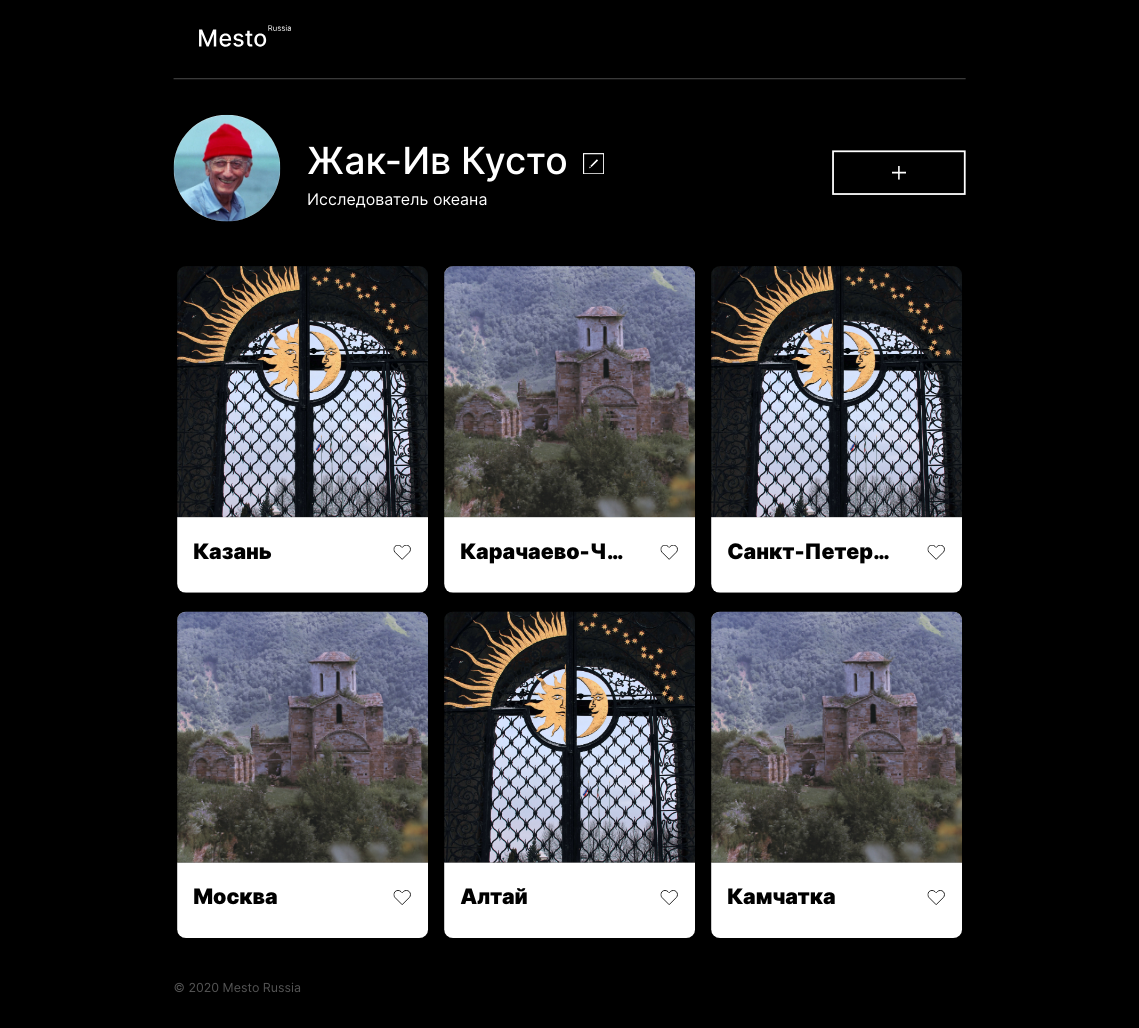
Repository: zajcevakaterina/mesto
Page: index.html
An editor plug-in stored every save of this project. The page is shown before and after a run of saves, followed by the edit.
The browser window is 1280 px wide. The pictures show the whole page, at 89% of full size.

Above is the page before, as saved 2020-05-07 14:24:29.

After the next 2 saves:
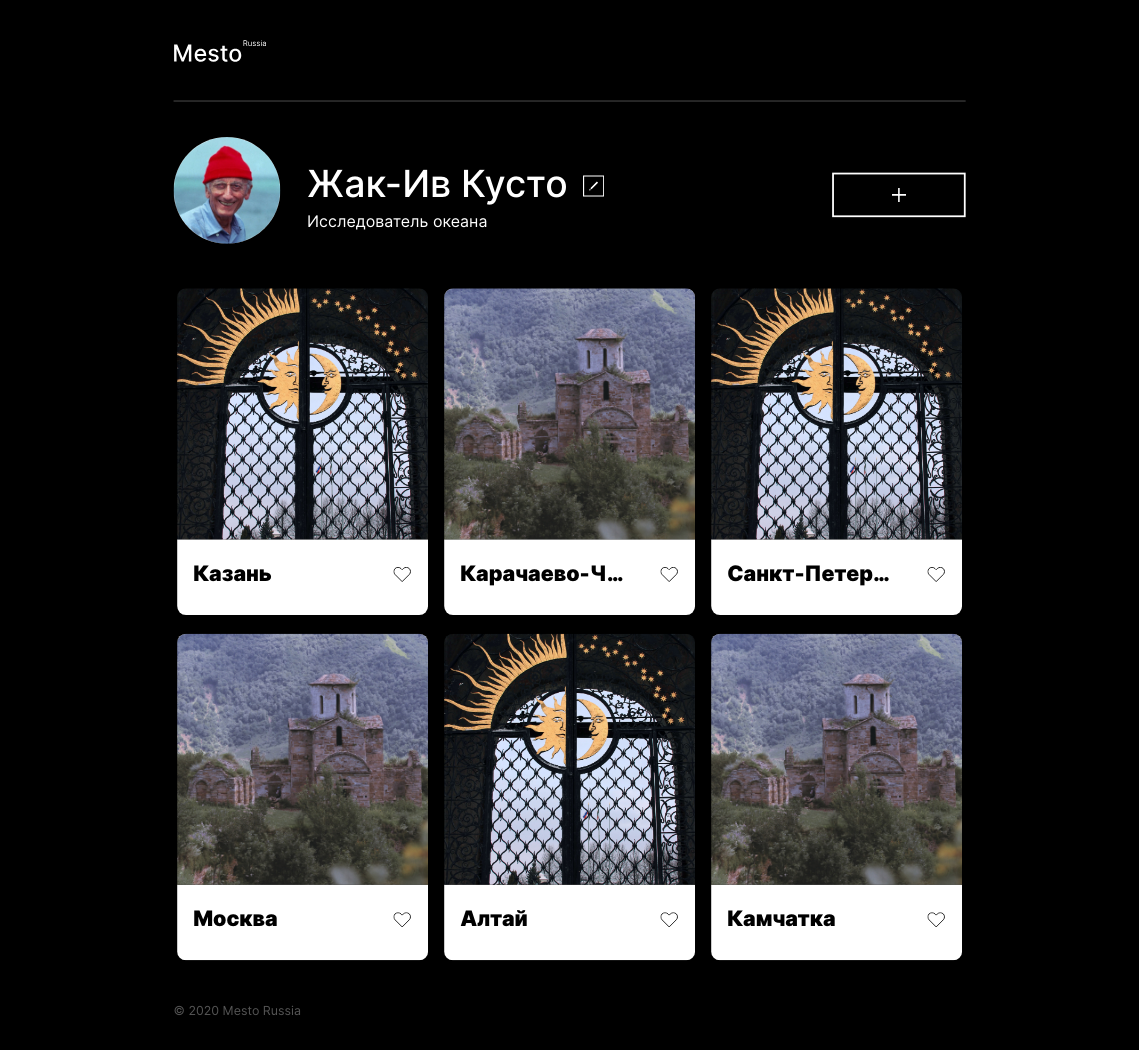
The 2 saves are shown as one change because they came seconds apart.
The last was saved 9 s later.
--- a/blocks/header/__logo/header__logo.css
+++ b/blocks/header/__logo/header__logo.css
@@ -8,6 +8,6 @@
   .header__logo {
     width: 104px;
     height: 25px;
-    padding: 28px 0 32px 28px;
+    padding: 45px 0 40px;
   }
 }
